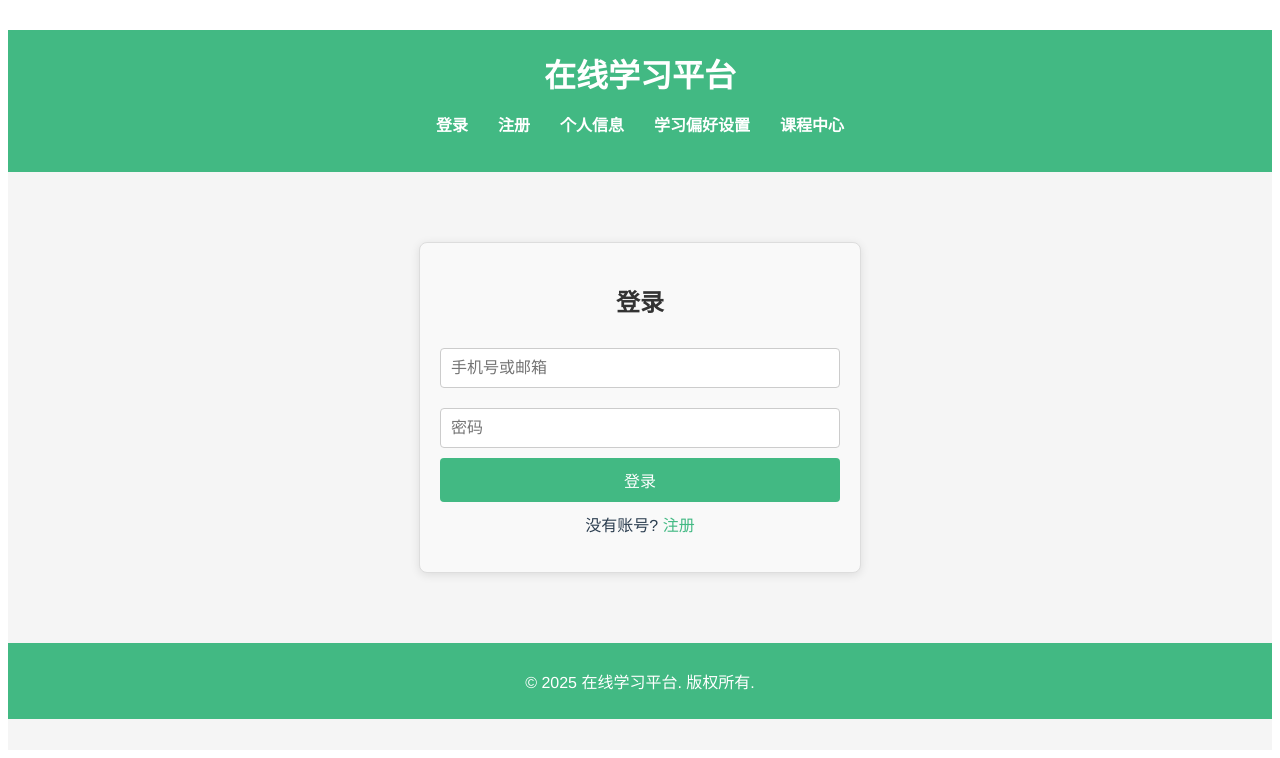
Repository: yuxi12345/vue-study-online
Page: /
These files come from the project's save history. The page is drawn as it stood at one moment and after the next save; the edit follows.
The browser window is 1280 px wide. The pictures show the whole page.
The project was rebuilt for these pictures with package versions that can differ from the ones it lists, and the page was loaded fresh each time. Also part of the build but not shown: vite.config.js, src/components/Register.vue, src/components/UserProfile.vue, src/components/UserPreferences.vue, src/components/CourseList.vue, src/components/CourseDetail.vue, src/components/CoursePlayer.vue.

Above is the page before, as saved 2025-04-02 11:15:49.

### src/main.js
import { createApp } from 'vue';
import App from './App.vue';
import router from './router';

createApp(App)
    .use(router)
    .mount('#app');

### src/App.vue
<template>
  <div id="app">
    <header class="app-header">
      <h1 class="app-title">在线学习平台</h1>
      <nav class="app-nav">
        <ul class="nav-list">
          <li class="nav-item"><router-link to="/login">登录</router-link></li>
          <li class="nav-item"><router-link to="/register">注册</router-link></li>
          <li class="nav-item"><router-link to="/profile">个人信息</router-link></li>
          <li class="nav-item"><router-link to="/preferences">学习偏好设置</router-link></li>
          <li class="nav-item"><router-link to="/courses">课程中心</router-link></li>
        </ul>
      </nav>
    </header>
    <main class="app-main">
      <router-view />
    </main>
    <footer class="app-footer">
      <p>© 2025 在线学习平台. 版权所有.</p>
    </footer>
  </div>
</template>

<script setup>
// 这里不需要额外的逻辑
</script>

<style scoped>
#app {
  font-family: Avenir, Helvetica, Arial, sans-serif;
  text-align: center;
  color: #2c3e50;
  margin-top: 30px;
  background-color: #f5f5f5;
  min-height: 100vh;
  /* 确保页面高度至少为100vh */
}

.app-header {
  background-color: #42b983;
  color: white;
  padding: 20px 0;
}

.app-title {
  margin: 0;
  font-size: 2em;
}

.app-nav {
  margin-top: 10px;
}

.nav-list {
  list-style: none;
  padding: 0;
  display: flex;
  justify-content: center;
  /* 水平居中 */
}

.nav-item {
  margin: 0 15px;
  /* 水平间距 */
}

.nav-item a {
  color: white;
  text-decoration: none;
  font-weight: bold;
}

.nav-item a:hover {
  text-decoration: underline;
  /* 悬停时下划线效果 */
}

.app-main {
  padding: 20px;
}

.app-footer {
  margin-top: auto;
  /* 将footer推到页面底部 */
  padding: 10px 0;
  background-color: #42b983;
  color: white;
}
</style>

### src/router.js
import { createRouter, createWebHistory } from 'vue-router';
import Login from './components/Login.vue';
import Register from './components/Register.vue';
import UserProfile from './components/UserProfile.vue';
import UserPreferences from './components/UserPreferences.vue';
import CourseList from './components/CourseList.vue';
import CourseDetail from './components/CourseDetail.vue';
import CoursePlayer from './components/CoursePlayer.vue'; // 新增学习界面路由

const routes = [
    { path: '/login', component: Login },
    { path: '/register', component: Register },
    { path: '/profile', component: UserProfile },
    { path: '/preferences', component: UserPreferences },
    { path: '/', redirect: '/login' }, // 默认重定向到登录页
    { path: '/courses', component: CourseList },
    { path: '/courses/:id', component: CourseDetail },
    { path: '/courses/:id/learn', component: CoursePlayer }, // 新增学习界面路由
];

const router = createRouter({
    history: createWebHistory(),
    routes,
});

export default router;

### src/components/Login.vue
<template>
    <div class="login-container">
        <h2>登录</h2>
        <form @submit.prevent="login" class="login-form">
            <input type="text" v-model="username" placeholder="手机号或邮箱" required class="input-field" />
            <input type="password" v-model="password" placeholder="密码" required class="input-field" />
            <button type="submit" class="submit-button">登录</button>
        </form>
        <p class="register-link">
            没有账号? <router-link to="/register">注册</router-link>
        </p>
    </div>
</template>

<script setup>
import { ref } from 'vue';

const username = ref('');
const password = ref('');

const login = () => {
    // 登录逻辑
    console.log('登录:', username.value, password.value);
    // 在这里可以添加 API 调用进行用户登录
};
</script>

<style scoped>
.login-container {
    max-width: 400px;
    margin: 50px auto;
    padding: 20px;
    border: 1px solid #ddd;
    border-radius: 8px;
    box-shadow: 0 2px 10px rgba(0, 0, 0, 0.1);
    background-color: #f9f9f9;
}

h2 {
    text-align: center;
    margin-bottom: 20px;
    color: #333;
}

.login-form {
    display: flex;
    flex-direction: column;
}

.input-field {
    padding: 10px;
    margin: 10px 0;
    border: 1px solid #ccc;
    border-radius: 4px;
    font-size: 16px;
    transition: border-color 0.3s;
}

.input-field:focus {
    border-color: #42b983;
    outline: none;
}

.submit-button {
    padding: 10px;
    border: none;
    border-radius: 4px;
    background-color: #42b983;
    color: white;
    font-size: 16px;
    cursor: pointer;
    transition: background-color 0.3s;
}

.submit-button:hover {
    background-color: #36a77a;
}

.register-link {
    text-align: center;
    margin-top: 10px;
}

.register-link a {
    color: #42b983;
    text-decoration: none;
}

.register-link a:hover {
    text-decoration: underline;
}
</style>

Loaded but not shown: index.html (common file)

After the next save:
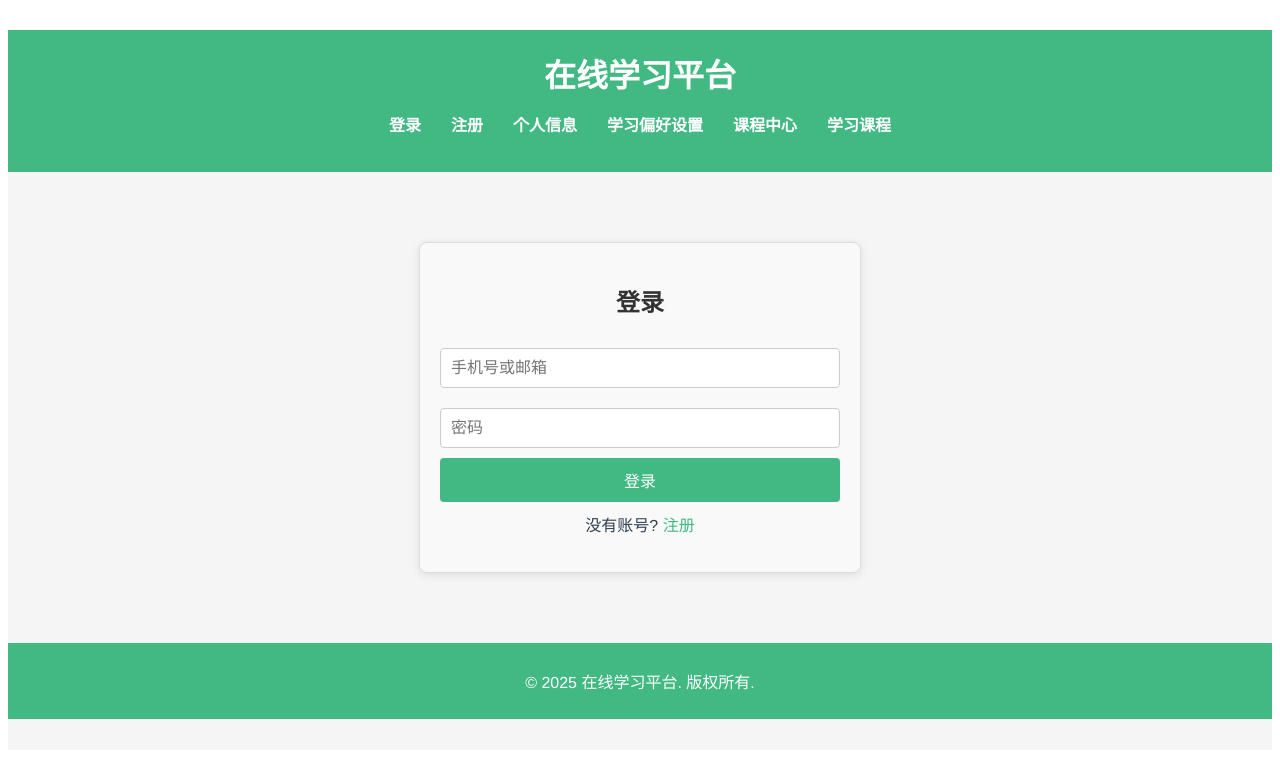
Saved 39 s later.
--- a/src/App.vue
+++ b/src/App.vue
@@ -9,6 +9,7 @@
           <li class="nav-item"><router-link to="/profile">个人信息</router-link></li>
           <li class="nav-item"><router-link to="/preferences">学习偏好设置</router-link></li>
           <li class="nav-item"><router-link to="/courses">课程中心</router-link></li>
+          <li class="nav-item"><router-link to="/courses/1/learn">学习课程</router-link></li> <!-- 新增学习课程链接 -->
         </ul>
       </nav>
     </header>
